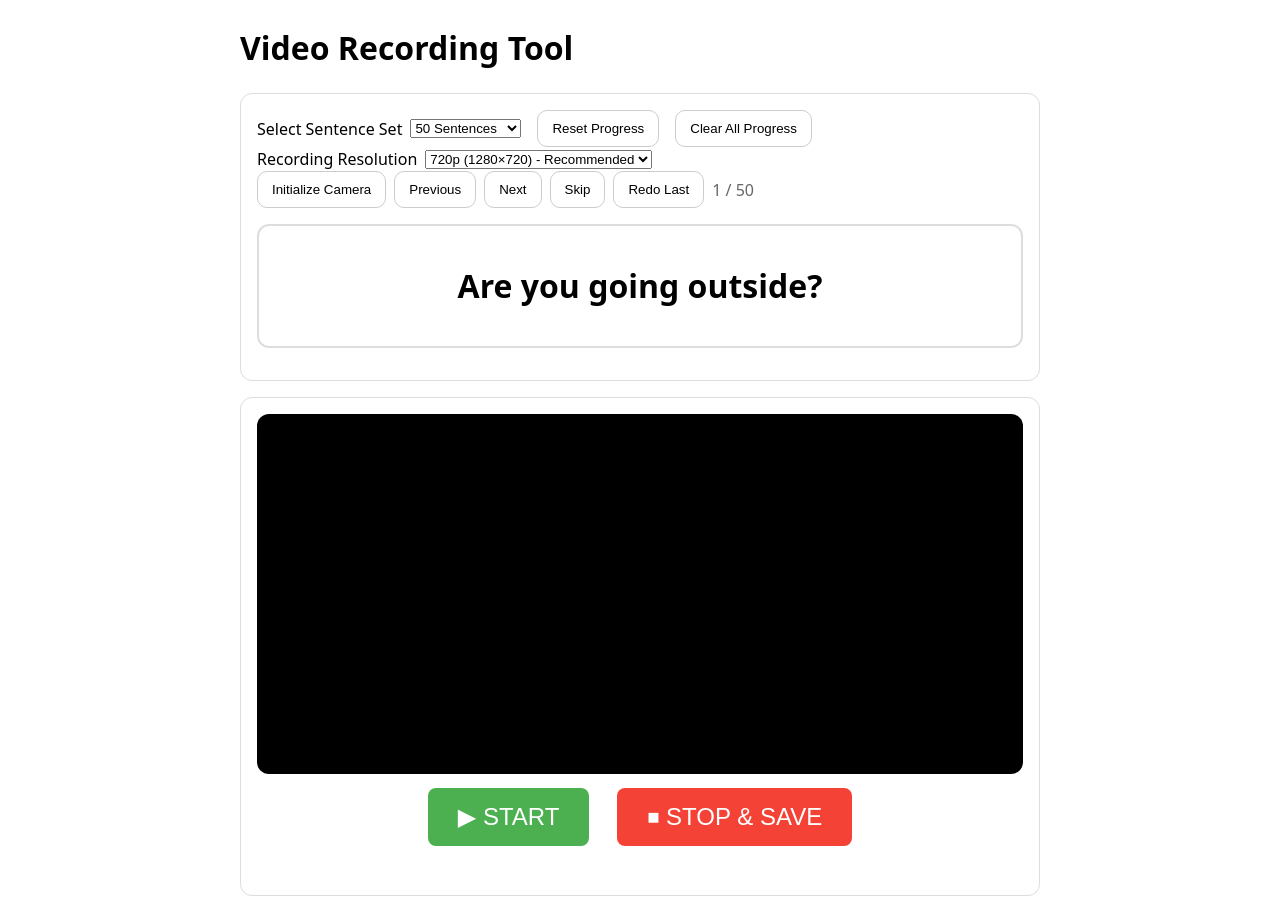
Repository: video2speech/video2speech.github.io
Page: index.html
An editor plug-in stored every save of this project. The page is shown before and after the next save, followed by the edit.
The browser window is 1280 px wide. The pictures show the whole page.

Above is the page before, as saved 2025-09-04 11:21:23.

### index.html
<!doctype html>
<html>
<meta charset="utf-8" />
<title>Video Recording Tool</title>
<style>
  body{font-family:system-ui,-apple-system,Segoe UI,Roboto,Helvetica,Arial,sans-serif;max-width:800px;margin:24px auto;padding:0 16px;line-height:1.5}
  .card{border:1px solid #ddd;border-radius:12px;padding:16px;margin:16px 0}
  .row{display:flex;gap:8px;flex-wrap:wrap;align-items:center}
  video{width:100%;max-height:50vh;background:#000;border-radius:12px}
  button{padding:10px 14px;border-radius:10px;border:1px solid #ccc;background:#fff}
  button:active{opacity:.8}
  input,textarea{width:100%;padding:10px;border-radius:10px;border:1px solid #ccc}
  .big{font-size:1.4rem;font-weight:600;margin:8px 0}
  .muted{color:#666}
</style>
<body>
  <h1>Video Recording Tool</h1>

  <div class="card">
    <div class="row">
      <label>Select Sentence Set</label>
      <select id="sentenceSet" onchange="loadSentenceSet()">
        <option value="50_sentences">50 Sentences</option>
        <option value="150_sentences">150 Sentences</option>
      </select>
      <button id="resetProgress" onclick="resetProgress()" style="margin-left: 8px;">Reset Progress</button>
      <button id="clearProgress" onclick="clearAllProgress()" style="margin-left: 8px;">Clear All Progress</button>
    </div>
    <div class="row">
      <label>Recording Resolution</label>
      <select id="resolution">
        <option value="720p">720p (1280×720) - Recommended</option>
        <option value="1080p">1080p (1920×1080) - High Quality</option>
        <option value="480p">480p (854×480) - Standard</option>
        <option value="360p">360p (640×360) - Low Quality</option>
        <option value="auto">Auto - Camera Default</option>
      </select>
    </div>
    <div class="row">
      <button id="init">Initialize Camera</button>
      <button id="prev">Previous</button>
      <button id="next">Next</button>
      <button id="skip">Skip</button>
      <button id="redo">Redo Last</button>
      <span class="muted" id="idxInfo"></span>
    </div>
    <div class="big" id="currentText" style="font-size: 2rem; font-weight: bold; text-align: center; padding: 20px; border: 2px solid #ddd; border-radius: 12px; margin: 16px 0; min-height: 80px; display: flex; align-items: center; justify-content: center;">Waiting for initialization...</div>
  </div>

  <div class="card">
    <video id="preview" playsinline autoplay muted></video>
    <div class="row" style="margin-top:8px; justify-content: center;">
      <button id="start" style="font-size: 1.5rem; padding: 15px 30px; background: #4CAF50; color: white; border: none; border-radius: 8px; cursor: pointer; margin: 0 10px;">▶ START</button>
      <button id="stop" style="font-size: 1.5rem; padding: 15px 30px; background: #f44336; color: white; border: none; border-radius: 8px; cursor: pointer; margin: 0 10px;">⏹ STOP & SAVE</button>
    </div>
    <div class="row" style="justify-content: center; margin-top: 10px;">
      <div id="recordingStatus" style="font-size: 1.2rem; font-weight: bold; color: #f44336; display: none;">🔴 RECORDING IN PROGRESS</div>
    </div>
    <div class="row">
      <button id="downloadAll" style="display:none">Save All</button>
      <button id="clearAll" style="display:none">Clear Storage</button>
    </div>
    <div class="row" style="flex-direction: column; align-items: center; margin-top: 10px;">
      <span class="muted" id="storageInfo" style="font-size: 1rem; margin-bottom: 5px;"></span>
      <span class="muted" id="resolutionInfo" style="font-size: 0.8rem; color: #888;"></span>
    </div>
    <div class="row">
      <!-- <span class="muted" id="downloadTip">iPad Mode: Videos are stored locally, use "Download All" to save them</span> -->
    </div>
  </div>

<script>
const el = id => document.getElementById(id);
let stream, mediaRecorder, chunks = [];
let sentences = [];
let idx = 0;
let recording = false;
let storageMode = true; // Default to iPad mode (store locally)
let isRedo = false; // flag for redo mode
let db;

// Initialize IndexedDB
async function initDB() {
  return new Promise((resolve, reject) => {
    const request = indexedDB.open('VideoRecorderDB', 2);

    request.onerror = () => reject(request.error);
    request.onsuccess = () => {
      db = request.result;
      resolve(db);
    };

    request.onupgradeneeded = (event) => {
      const db = event.target.result;

      // Video storage table
      if (!db.objectStoreNames.contains('videos')) {
        const store = db.createObjectStore('videos', { keyPath: 'id', autoIncrement: true });
        store.createIndex('timestamp', 'timestamp', { unique: false });
        store.createIndex('sentence', 'sentence', { unique: false });
        store.createIndex('sentenceSet', 'sentenceSet', { unique: false });
        store.createIndex('sentenceIndex', 'sentenceIndex', { unique: false });
      }

      // Progress tracking table
      if (!db.objectStoreNames.contains('progress')) {
        const progressStore = db.createObjectStore('progress', { keyPath: 'sentenceSet' });
      }
    };
  });
}

// Store video to IndexedDB
async function storeVideo(blob, fileName, sentence, sentenceSet, sentenceIndex) {
  return new Promise((resolve, reject) => {
    const transaction = db.transaction(['videos'], 'readwrite');
    const store = transaction.objectStore('videos');

    const videoData = {
      fileName: fileName,
      blob: blob,
      sentence: sentence,
      sentenceSet: sentenceSet || 'custom',
      sentenceIndex: sentenceIndex || idx,
      timestamp: new Date().toISOString(),
      size: blob.size
    };

    const request = store.add(videoData);
    request.onsuccess = () => resolve(request.result);
    request.onerror = () => reject(request.error);
  });
}

// Save progress
async function saveProgress(sentenceSet, currentIndex) {
  return new Promise((resolve, reject) => {
    const transaction = db.transaction(['progress'], 'readwrite');
    const store = transaction.objectStore('progress');

    const progressData = {
      sentenceSet: sentenceSet,
      currentIndex: currentIndex,
      timestamp: new Date().toISOString()
    };

    const request = store.put(progressData);
    request.onsuccess = () => resolve();
    request.onerror = () => reject(request.error);
  });
}

// Get progress
async function getProgress(sentenceSet) {
  return new Promise((resolve, reject) => {
    const transaction = db.transaction(['progress'], 'readonly');
    const store = transaction.objectStore('progress');
    const request = store.get(sentenceSet);

    request.onsuccess = () => resolve(request.result);
    request.onerror = () => reject(request.error);
  });
}

// Delete progress
async function deleteProgress(sentenceSet) {
  return new Promise((resolve, reject) => {
    const transaction = db.transaction(['progress'], 'readwrite');
    const store = transaction.objectStore('progress');
    const request = store.delete(sentenceSet);

    request.onsuccess = () => resolve();
    request.onerror = () => reject(request.error);
  });
}

// Get all stored videos
async function getAllStoredVideos() {
  return new Promise((resolve, reject) => {
    const transaction = db.transaction(['videos'], 'readonly');
    const store = transaction.objectStore('videos');
    const request = store.getAll();

    request.onsuccess = () => resolve(request.result);
    request.onerror = () => reject(request.error);
  });
}

// Delete stored video
async function deleteStoredVideo(id) {
  return new Promise((resolve, reject) => {
    const transaction = db.transaction(['videos'], 'readwrite');
    const store = transaction.objectStore('videos');
    const request = store.delete(id);

    request.onsuccess = () => resolve();
    request.onerror = () => reject(request.error);
  });
}

// Clear all stored videos
async function clearAllStoredVideos() {
  return new Promise((resolve, reject) => {
    const transaction = db.transaction(['videos'], 'readwrite');
    const store = transaction.objectStore('videos');
    const request = store.clear();

    request.onsuccess = () => resolve();
    request.onerror = () => reject(request.error);
  });
}

// Sentence sets data
const sentenceSets = {
  '50_sentences': null,
  '150_sentences': null
};

let currentSentenceSet = '50_sentences';

// Load sentence set file
async function loadSentenceFile(filename) {
  try {
    const response = await fetch(`materials/${filename}`);
    if (!response.ok) throw new Error(`HTTP ${response.status}`);
    const text = await response.text();
    return text.split('\n').map(s => s.trim()).filter(Boolean);
  } catch (error) {
    console.error(`Failed to load sentence file (${filename}):`, error);
    return null;
  }
}

// Load sentence set
async function loadSentenceSet() {
  const selected = el('sentenceSet').value;
  currentSentenceSet = selected;

  let filename;
  if (selected === '50_sentences') {
    filename = '50_sentences_list.txt';
  } else if (selected === '150_sentences') {
    filename = '150_sentences_list.txt';
  }

  // Load sentences from cache or file
  if (!sentenceSets[selected]) {
    sentenceSets[selected] = await loadSentenceFile(filename);
  }

  if (sentenceSets[selected]) {
    sentences = sentenceSets[selected];

    // Restore progress
    try {
      const progress = await getProgress(selected);
      if (progress && progress.currentIndex < sentences.length) {
        idx = progress.currentIndex;
        console.log(`Progress restored: sentence ${idx + 1}`);
      } else {
        idx = 0;
      }
    } catch (error) {
      console.error('Failed to restore progress:', error);
      idx = 0;
    }

    updateSentenceView();
  } else {
    sentences = [];
    idx = 0;
    updateSentenceView();
  }
}

// Reset progress
async function resetProgress() {
  if (!confirm('Are you sure you want to reset the recording progress for the current sentence set?')) return;

  try {
    await deleteProgress(currentSentenceSet);
    idx = 0;
    updateSentenceView();
    alert('Progress has been reset');
  } catch (error) {
    console.error('Failed to reset progress:', error);
    alert('Failed to reset progress: ' + error.message);
  }
}

// Clear all progress
async function clearAllProgress() {
  if (!confirm('Are you sure you want to clear all recording progress? This action cannot be undone!')) return;

  try {
    const transaction = db.transaction(['progress'], 'readwrite');
    const store = transaction.objectStore('progress');
    await new Promise((resolve, reject) => {
      const request = store.clear();
      request.onsuccess = () => resolve();
      request.onerror = () => reject(request.error);
    });

    // Reset current progress
    idx = 0;
    updateSentenceView();
    alert('All progress has been cleared');
  } catch (error) {
    console.error('Failed to clear progress:', error);
    alert('Failed to clear progress: ' + error.message);
  }
}

// Initialize database
initDB().then(() => {
  console.log('IndexedDB initialized successfully');
  updateStorageInfo();
  // Try to restore sentence set selection on page load
  loadSentenceSet();
}).catch(err => {
  console.error('IndexedDB initialization failed:', err);
});

function updateSentenceView(){
  const total = sentences.length;
  const text = total ? sentences[idx] : '';
  el('currentText').textContent = text || 'No sentences available';
  el('idxInfo').textContent = total ? `${idx+1} / ${total}` : '';
}

el('init').onclick = async () => {
  try {
    // Get user selected resolution
    const resolution = el('resolution').value;
    let videoConstraints = { facingMode: 'user' };

    // Set resolution based on selection
    if (resolution !== 'auto') {
      const resolutions = {
        '360p': { width: 640, height: 360 },
        '480p': { width: 854, height: 480 },
        '720p': { width: 1280, height: 720 },
        '1080p': { width: 1920, height: 1080 }
      };

      if (resolutions[resolution]) {
        videoConstraints = {
          ...videoConstraints,
          width: { ideal: resolutions[resolution].width },
          height: { ideal: resolutions[resolution].height }
        };
      }
    }

    // Front camera; change 'user' to 'environment' for rear camera
    stream = await navigator.mediaDevices.getUserMedia({
      video: videoConstraints,
      audio: true
    });

    el('preview').srcObject = stream;
    // Sentences already loaded through loadSentenceSet(), no need to read from textbox
    updateSentenceView();

    // Display actual resolution obtained
    const videoTrack = stream.getVideoTracks()[0];
    const settings = videoTrack.getSettings();
    const actualRes = `${settings.width}×${settings.height}`;
    el('resolutionInfo').textContent = `Actual Resolution: ${actualRes}`;

    // Show storage buttons since we're in iPad mode by default
    el('downloadAll').style.display = 'inline-block';
    el('clearAll').style.display = 'inline-block';

    alert('Camera ready! Videos will be stored locally.');
  } catch (e) {
    alert('Unable to access camera/microphone: ' + e);
  }
};

el('next').onclick = async () => {
  if (sentences.length){
    idx = Math.min(idx+1, sentences.length-1);
    isRedo = false; // Reset redo flag
    updateSentenceView();
    // Save progress
    try {
      await saveProgress(currentSentenceSet, idx);
    } catch (error) {
      console.error('Failed to save progress:', error);
    }
  }
};

el('prev').onclick = async () => {
  if (sentences.length){
    idx = Math.max(idx-1, 0);
    isRedo = false; // Reset redo flag
    updateSentenceView();
    // Save progress
    try {
      await saveProgress(currentSentenceSet, idx);
    } catch (error) {
      console.error('Failed to save progress:', error);
    }
  }
};

// Skip current sentence
el('skip').onclick = async () => {
  if (sentences.length && idx < sentences.length - 1) {
    idx++;
    isRedo = false; // Reset redo flag
    updateSentenceView();
    // Save progress
    try {
      await saveProgress(currentSentenceSet, idx);
      console.log(`Skipped to sentence ${idx + 1}`);
    } catch (error) {
      console.error('Failed to save progress:', error);
    }
  } else if (idx >= sentences.length - 1) {
    alert('This is the last sentence!');
  }
};

// Redo last sentence (go back to previous sentence)
el('redo').onclick = async () => {
  if (sentences.length && idx > 0) {
    idx--; // Go back to previous sentence
    isRedo = true; // Set redo flag for video naming
    console.log(`Redo last sentence ${idx + 1}: ${sentences[idx]}`);
    updateSentenceView();
    // Save progress
    try {
      await saveProgress(currentSentenceSet, idx);
    } catch (error) {
      console.error('Failed to save progress:', error);
    }
  } else {
    console.log('Cannot redo: already at first sentence or no sentences available');
  }
};

// Listen for resolution changes
el('resolution').onchange = () => {
  if (stream) {
    el('resolutionInfo').textContent = 'Resolution changed, please reinitialize camera';
  }
};


// Update storage info
async function updateStorageInfo() {
  if (!db) {
    console.log('Database not initialized yet');
    return;
  }

  try {
    const videos = await getAllStoredVideos();
    const count = videos.length;
    const totalSize = videos.reduce((sum, video) => sum + video.size, 0);
    const sizeInMB = (totalSize / (1024 * 1024)).toFixed(1);

    el('storageInfo').textContent = count > 0 ? `Cached ${count} videos, ~${sizeInMB} MB` : '';

    console.log(`Storage info updated: ${count} videos, ${sizeInMB} MB`);
  } catch (error) {
    console.error('Failed to update storage info:', error);
    // Update UI even if error occurs to avoid freezing
    el('storageInfo').textContent = '';
  }
}


// Download all stored videos
el('downloadAll').onclick = async () => {
  try {
    const videos = await getAllStoredVideos();
    if (videos.length === 0) {
      alert('No stored videos found');
      return;
    }

    if (!confirm(`Are you sure you want to download all ${videos.length} videos? Videos will be automatically cleared from storage after download.`)) return;

    // Download one by one, 300ms interval
    for (let i = 0; i < videos.length; i++) {
      setTimeout(async () => {
        const video = videos[i];
        const a = document.createElement('a');
        a.download = video.fileName;
        a.href = URL.createObjectURL(video.blob);
        a.click();
        URL.revokeObjectURL(a.href);

        // Delete video after download
        try {
          await deleteStoredVideo(video.id);
          console.log(`Deleted stored video: ${video.fileName}`);
        } catch (error) {
          console.error(`Failed to delete video: ${video.fileName}`, error);
        }

        // Update storage info after last video download
        if (i === videos.length - 1) {
          setTimeout(() => {
            updateStorageInfo();
            el('storageInfo').textContent = `Downloaded ${videos.length} videos and cleared storage`;
          }, 500);
        }
      }, i * 300);
    }

    el('storageInfo').textContent = `Downloading ${videos.length} videos...`;
  } catch (error) {
    alert('Download failed: ' + error.message);
  }
};

// Clear all stored videos
el('clearAll').onclick = async () => {
  try {
    const videos = await getAllStoredVideos();
    if (videos.length === 0) {
      alert('No stored videos found');
      return;
    }

    if (!confirm(`Are you sure you want to clear all ${videos.length} stored videos? This action cannot be undone!`)) return;

    await clearAllStoredVideos();

    // Force reset UI state
    el('storageInfo').textContent = '';

    // Call updateStorageInfo again to ensure correct state
    setTimeout(() => {
      updateStorageInfo();
    }, 100);

    alert('All stored videos have been cleared');
  } catch (error) {
    console.error('Clear storage error:', error);
    alert('Failed to clear storage: ' + error.message);
  }
};

el('start').onclick = () => {
  if (!stream) return alert('Please initialize camera first!');
  if (recording) return;
  chunks = [];

  // Use MP4 format by default
  const mp4Options = [
    'video/mp4;codecs=h264,aac',
    'video/mp4;codecs=avc1.42E01E,mp4a.40.2',
    'video/mp4'
  ];
  const mimeType = mp4Options.find(type => MediaRecorder.isTypeSupported(type)) || 'video/webm;codecs=vp9,opus';

  mediaRecorder = new MediaRecorder(stream, { mimeType });
  mediaRecorder.ondataavailable = e => { if (e.data.size > 0) chunks.push(e.data); };
  mediaRecorder.onstop = saveBlob;
  mediaRecorder.start();
  recording = true;

  // Show recording status
  el('recordingStatus').style.display = 'block';
  el('start').style.opacity = '0.5';
  el('stop').style.opacity = '1';
};

el('stop').onclick = () => {
  if (mediaRecorder && recording) {
    mediaRecorder.stop();
    recording = false;

    // Hide recording status
    el('recordingStatus').style.display = 'none';
    el('start').style.opacity = '1';
    el('stop').style.opacity = '0.5';
  }
};

// Add spacebar shortcut support
document.addEventListener('keydown', (event) => {
  // Only trigger when spacebar is pressed and not focused on input elements
  if (event.code === 'Space' && !['INPUT', 'TEXTAREA', 'SELECT'].includes(event.target.tagName)) {
    event.preventDefault(); // Prevent page scrolling

    if (!recording) {
      // Start recording
      el('start').click();
    } else {
      // Stop recording
      el('stop').click();
    }
  }
});

function sanitize(s){
  return s.replace(/[\\/:*?"<>|]/g,'').replace(/\s+/g,' ').trim();
}
function ts(){
  const d = new Date();
  const pad = n => String(n).padStart(2,'0');
  return `${d.getFullYear()}${pad(d.getMonth()+1)}${pad(d.getDate())}_${pad(d.getHours())}${pad(d.getMinutes())}${pad(d.getSeconds())}`;
}
async function saveBlob(){
  // Determine file extension based on actual mimeType used
  const isMP4 = mediaRecorder.mimeType.includes('mp4');
  const fileExt = isMP4 ? 'mp4' : 'webm';
  const blobType = isMP4 ? 'video/mp4' : 'video/webm';

  const blob = new Blob(chunks, { type: blobType });
  const sentence = sentences[idx] ? sanitize(sentences[idx]) : 'unknown_sentence';
  const timestamp = ts();
  const redoSuffix = isRedo ? '_redo' : '';
  const fileName = `${sentence}_${timestamp}${redoSuffix}.mp4`; // Always use mp4 extension

  if (storageMode) {
    // iPad mode: Store to IndexedDB
    try {
      await storeVideo(blob, fileName, sentences[idx] || 'unknown sentence', currentSentenceSet, idx);
      updateStorageInfo();
      el('storageInfo').textContent = `Video stored: ${fileName}`;
      console.log(`Video stored locally: ${fileName}`);
    } catch (error) {
      console.error('Failed to store video:', error);
      alert('Failed to store video: ' + error.message);
      // Fallback to direct download on failure
      directDownload(blob, fileName);
    }
  } else {
    // Normal mode: Direct download
    directDownload(blob, fileName);
  }

  // Reset redo flag after recording completion
  isRedo = false;

  // Auto jump to next sentence after recording completion (if not the last sentence)
  if (idx < sentences.length - 1) {
    idx++;
    updateSentenceView();

    // Save progress
    try {
      await saveProgress(currentSentenceSet, idx);
      console.log(`Auto moved to next sentence: sentence ${idx + 1}`);
    } catch (error) {
      console.error('Failed to save progress:', error);
    }
  } else {
    // All sentences completed
    alert(`Congratulations! You have completed recording all ${sentences.length} sentences!`);
  }

  // Display format information
  console.log(`Recording completed, format: ${fileExt.toUpperCase()}, MIME type: ${mediaRecorder.mimeType}`);
}

function directDownload(blob, fileName) {
  const a = document.createElement('a');
  a.download = fileName;
  a.href = URL.createObjectURL(blob);
  a.click();
  URL.revokeObjectURL(a.href);
}
</script>
</body>
</html>

After the next save:
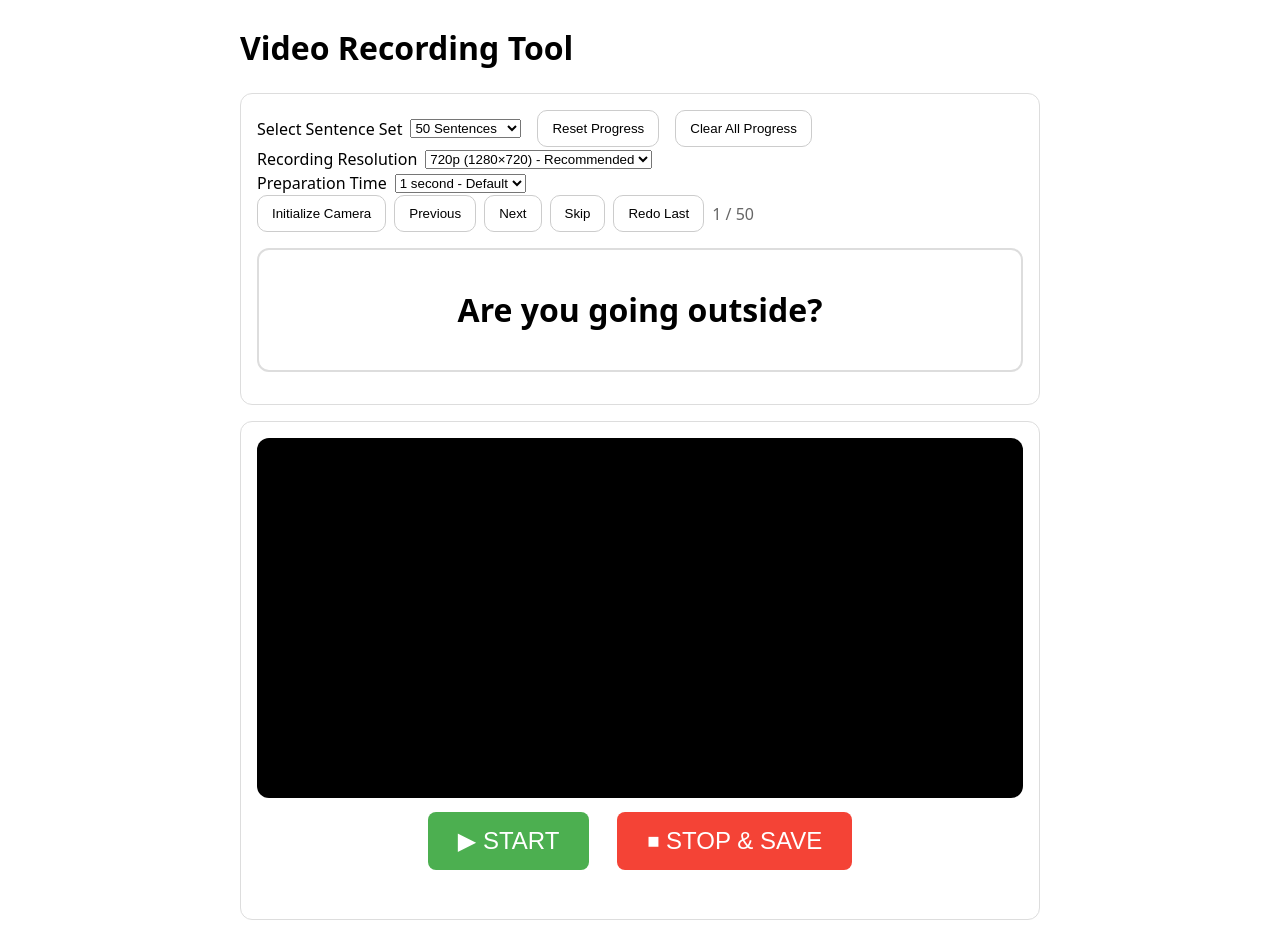
Saved 3 min 9 s later.
--- a/index.html
+++ b/index.html
@@ -37,6 +37,15 @@
       </select>
     </div>
     <div class="row">
+      <label>Preparation Time</label>
+      <select id="prepTime">
+        <option value="0.5">0.5 seconds</option>
+        <option value="1" selected>1 second - Default</option>
+        <option value="2">2 seconds</option>
+        <option value="3">3 seconds</option>
+      </select>
+    </div>
+    <div class="row">
       <button id="init">Initialize Camera</button>
       <button id="prev">Previous</button>
       <button id="next">Next</button>
